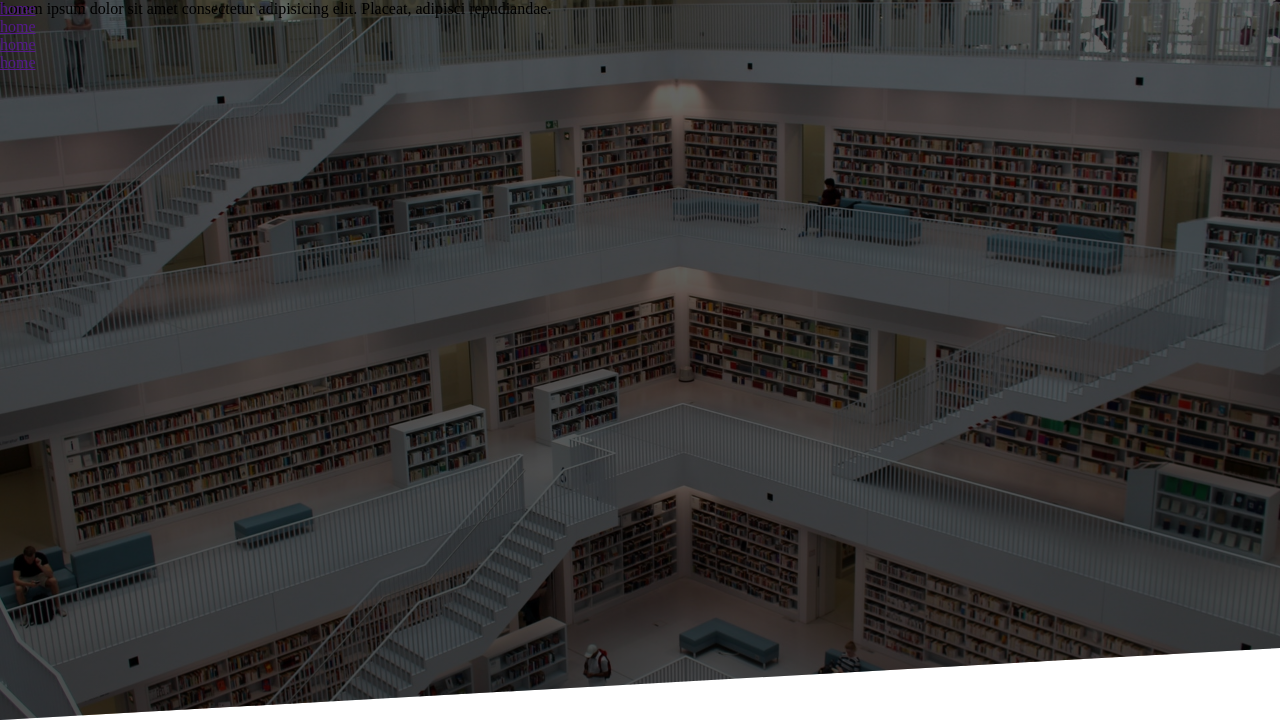
Repository: imedakrouti/BookStore
Page: ex.html
The author's editor kept a copy of each file at every save. The page is drawn from the files as they stood at one save, then again after the next save.
The browser window is 1280 px wide. The pictures show the whole page.

Above is the page before, as saved 2020-05-06 21:37:13.

### ex.html
<!DOCTYPE html>
<html lang="en">
<head>
    <meta charset="UTF-8">
    <meta name="viewport" content="width=device-width, initial-scale=1.0">
    <title>Document</title>
</head>
<style>
    *{
        margin: 0;
        padding: 0;
        box-sizing: border-box;
    }
    header{
    height: 100vh;
    background:linear-gradient(rgba(0,0,0,0.6),rgba(0,0,0,0.7)),url('images/img/header-bg.jpeg')no-repeat fixed center /cover;
    clip-path: polygon(0 0, 100% 0, 100% 90%, 0 100%);
    /* display: flex;
    align-items: center;
    justify-content: center; */
}
.nav{
    align-self: start;
    position: absolute;
    width: 100%;

}
</style>
<body>
    <header>
        <div class="nav">
            <ul>
                <li><a href="">home</a></li>
                <li><a href="">home</a></li>
                <li><a href="">home</a></li>
                <li><a href="">home</a></li>

            </ul>
        </div>
        <div class="logo">
            <p>Lorem ipsum dolor sit amet consectetur adipisicing elit. Placeat, adipisci repudiandae.</p>
        </div>
    </header>

</body>
</html>

After the next save:
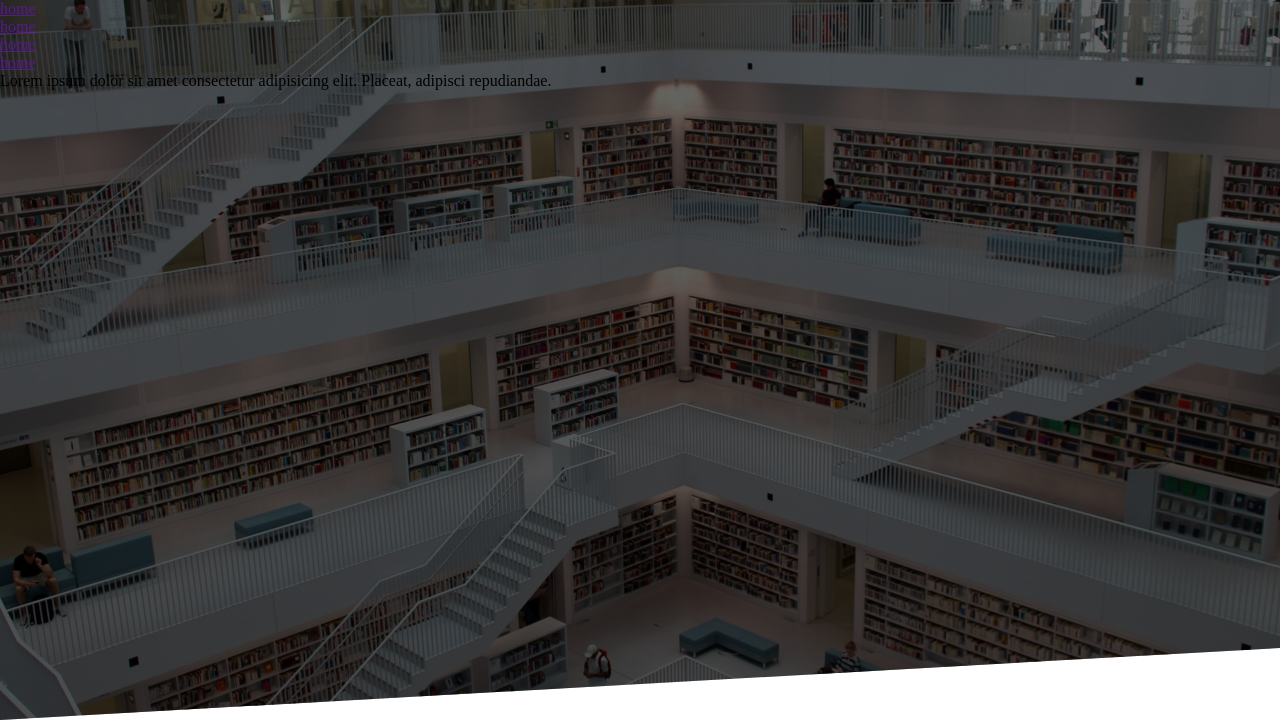
Saved 4 s later.
--- a/ex.html
+++ b/ex.html
@@ -20,9 +20,9 @@
     justify-content: center; */
 }
 .nav{
-    align-self: start;
+    /* align-self: start;
     position: absolute;
-    width: 100%;
+    width: 100%; */
 
 }
 </style>
